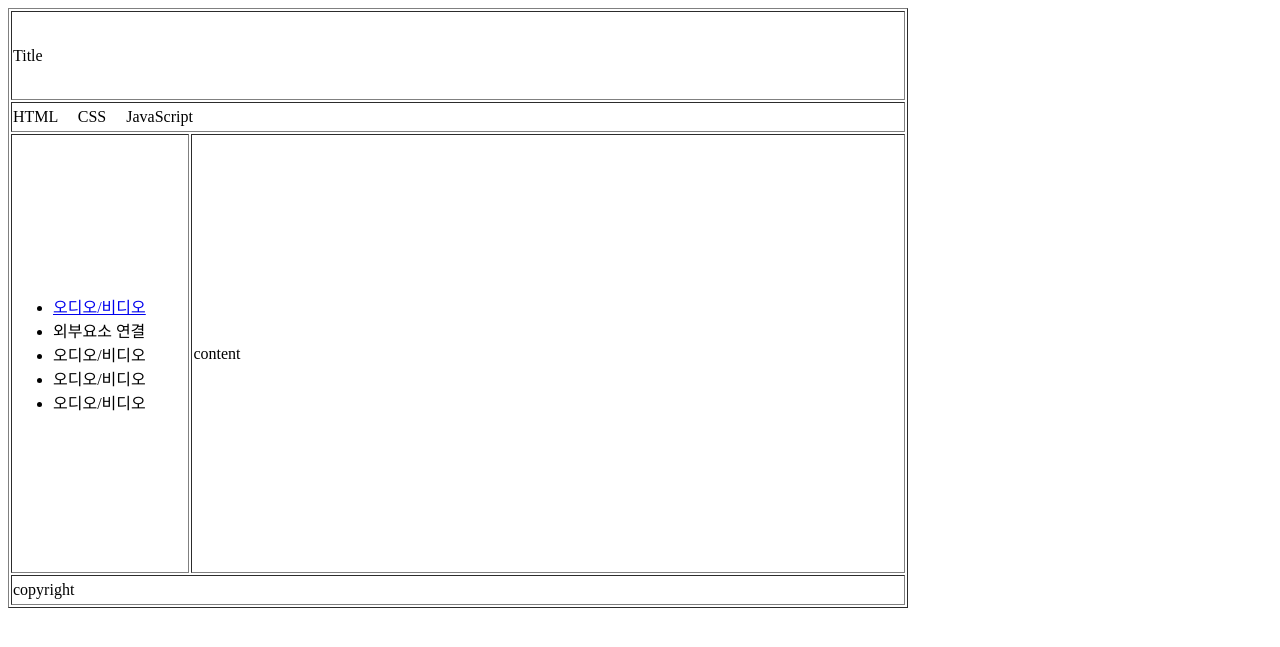
Repository: Hwangjiwon/MultiCampus
Page: 2Study/WebContent/index.html
The author's editor kept a copy of each file at every save. The page is drawn from the files as they stood at one save, then again after the next save.
The browser window is 1280 px wide. The pictures show the whole page.

Above is the page before, as saved 2019-05-30 03:08:25.

After the next save:
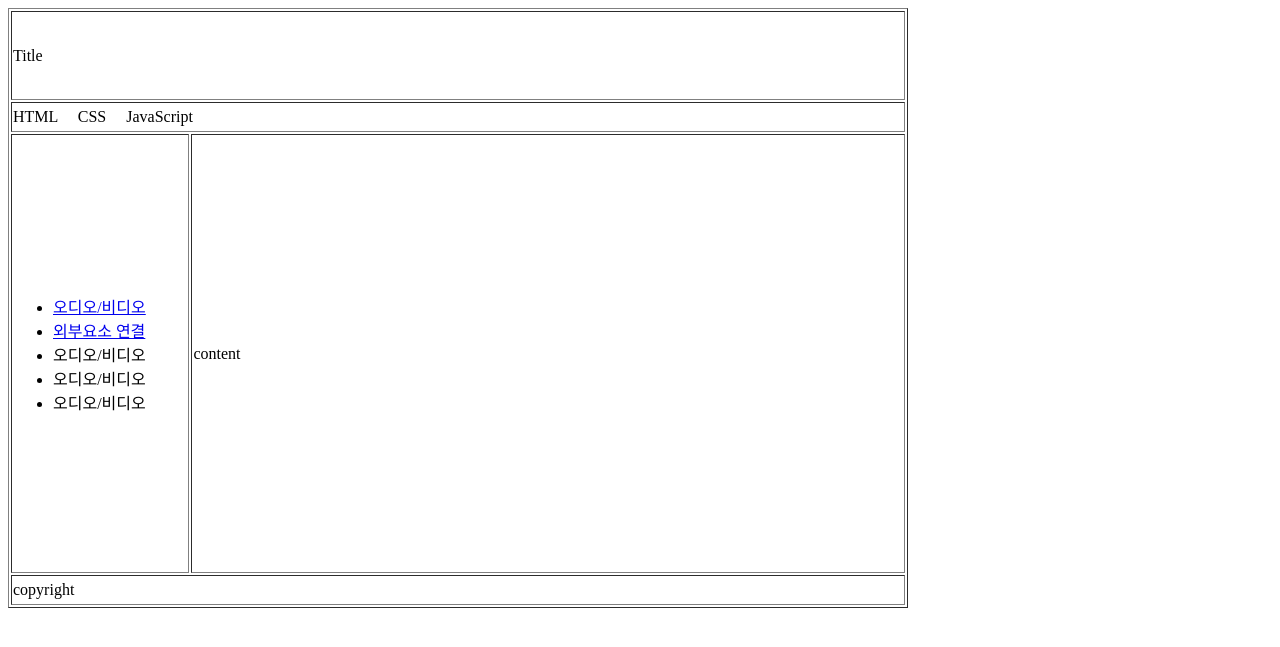
Saved 89 min 49 s later.
--- a/2Study/WebContent/index.html
+++ b/2Study/WebContent/index.html
@@ -11,7 +11,7 @@
       <tr><td width="20%">
       <ul>
          <li><a href ="html/audio_video.html">오디오/비디오</a></li>
-         <li>외부요소 연결</li>
+         <li><a href ="html/iframe.html">외부요소 연결</a></li>
          <li>오디오/비디오</li>
          <li>오디오/비디오</li>
          <li>오디오/비디오</li>
